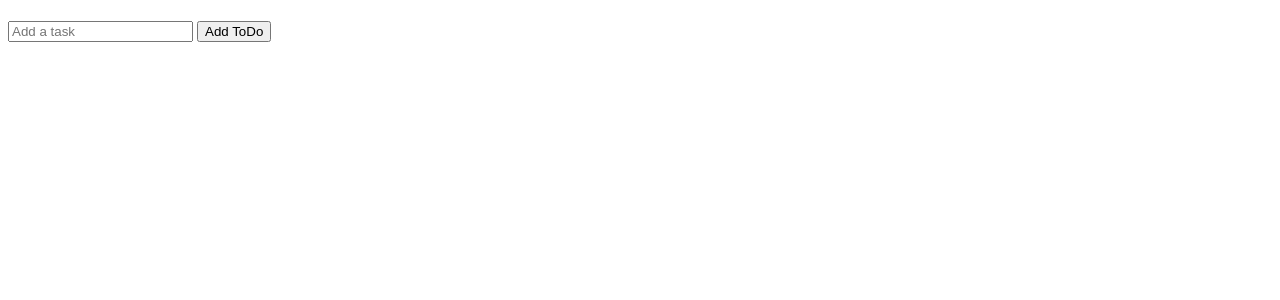
Repository: tanayburbure/Todo-application
Page: index.html
An editor plug-in stored every save of this project. The page is shown before and after the next save, followed by the edit.
The browser window is 1280 px wide. The pictures show the whole page.

Above is the page before, as saved 2025-10-20 16:10:35.

### index.html
<!DOCTYPE html>
<html lang="en">
<head>
    <meta charset="UTF-8">
    <meta name="viewport" content="width=device-width, initial-scale=1.0">
    <title>Document</title>
</head>
<body>
    <h1></h1>
    <h4></h4>
    <h4></h4>
    <h4></h4>
    <div>
        <input id="todo-input" type="text" placeholder="Add a task"/>
        <button>Add ToDo</button>
    </div>
    <script>

    </script>
</body>
</html>

After the next save:
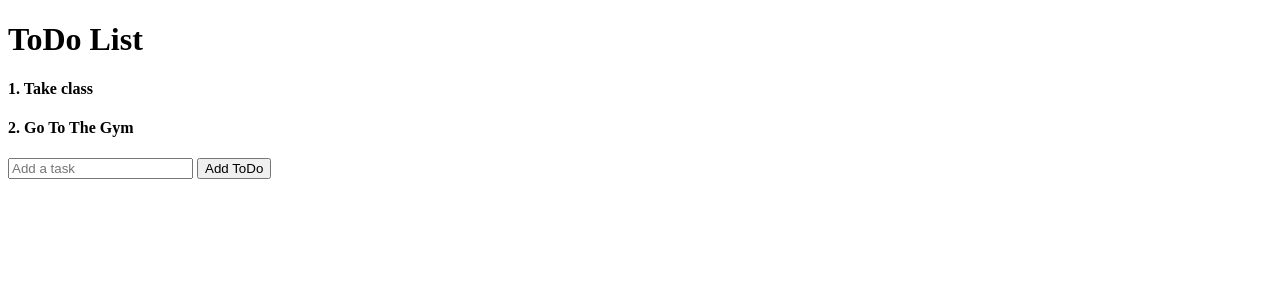
Saved 102 s later.
--- a/index.html
+++ b/index.html
@@ -6,9 +6,9 @@
     <title>Document</title>
 </head>
 <body>
-    <h1></h1>
-    <h4></h4>
-    <h4></h4>
+    <h1>ToDo List</h1>
+    <h4>1. Take class</h4>
+    <h4>2. Go To The Gym</h4>
     <h4></h4>
     <div>
         <input id="todo-input" type="text" placeholder="Add a task"/>
